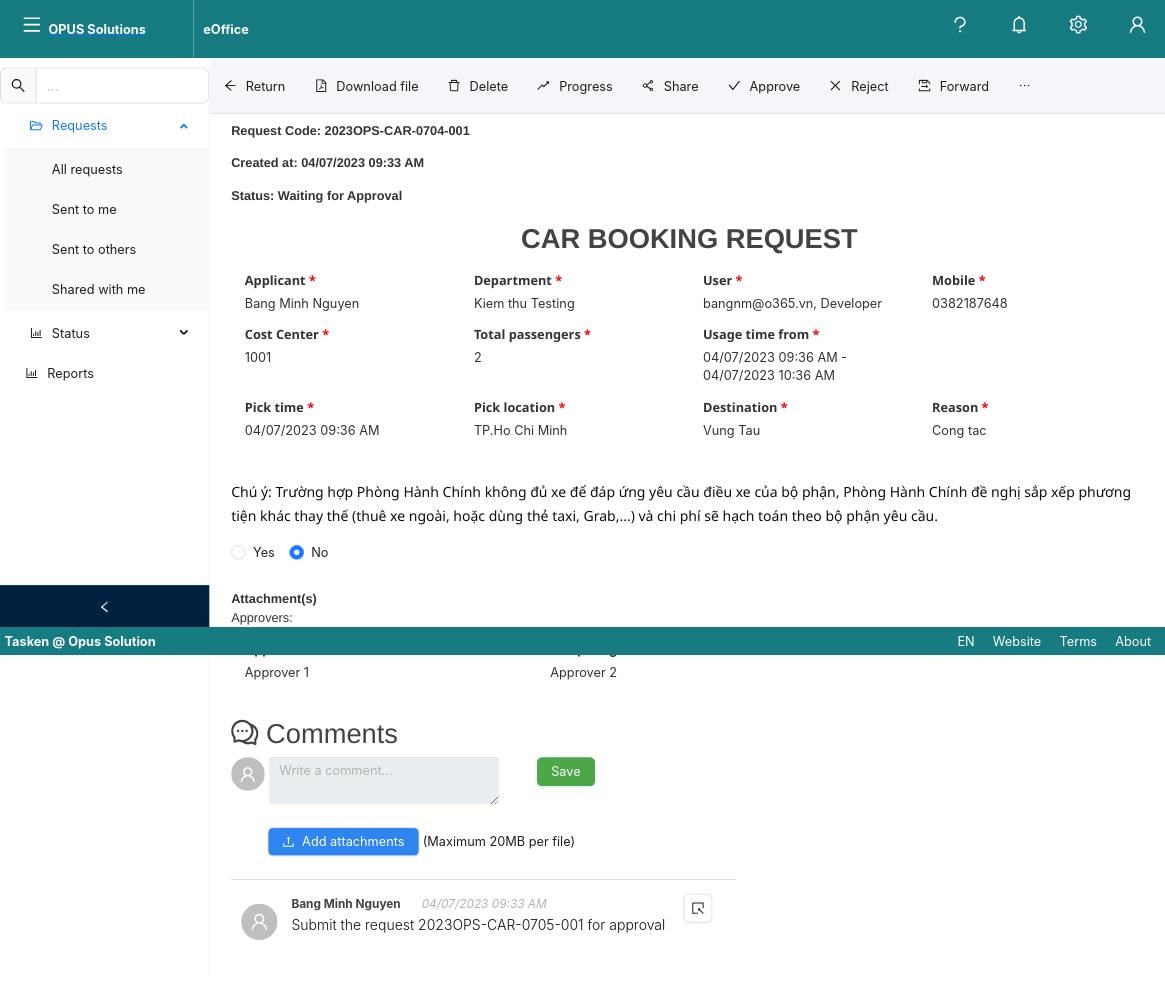
Repository: vannam272008/car-booking
Page: /request/detail
These files come from the project's save history. The page is drawn as it stood at one moment and after the next save; the edit follows.
The browser window is 1280 px wide. The pictures show the whole page, at 91% of full size.
The project was rebuilt for these pictures with package versions that can differ from the ones it lists, and the page was loaded fresh each time. Also part of the build but not shown: src/Pages/ManageRequest/index.css, src/Pages/ManageRequest/ManageRequest.tsx, src/Components/AddRequest/MenuAdd/index.tsx, src/Components/AddRequest/AddRequest/addRequest.css, src/Components/AddRequest/AddRequest/index.tsx. Imported but missing from the stored project, and not drawn on this page: src/Pages/Home.

Above is the page before, as saved 2023-07-09 21:22:10.

After the next save:
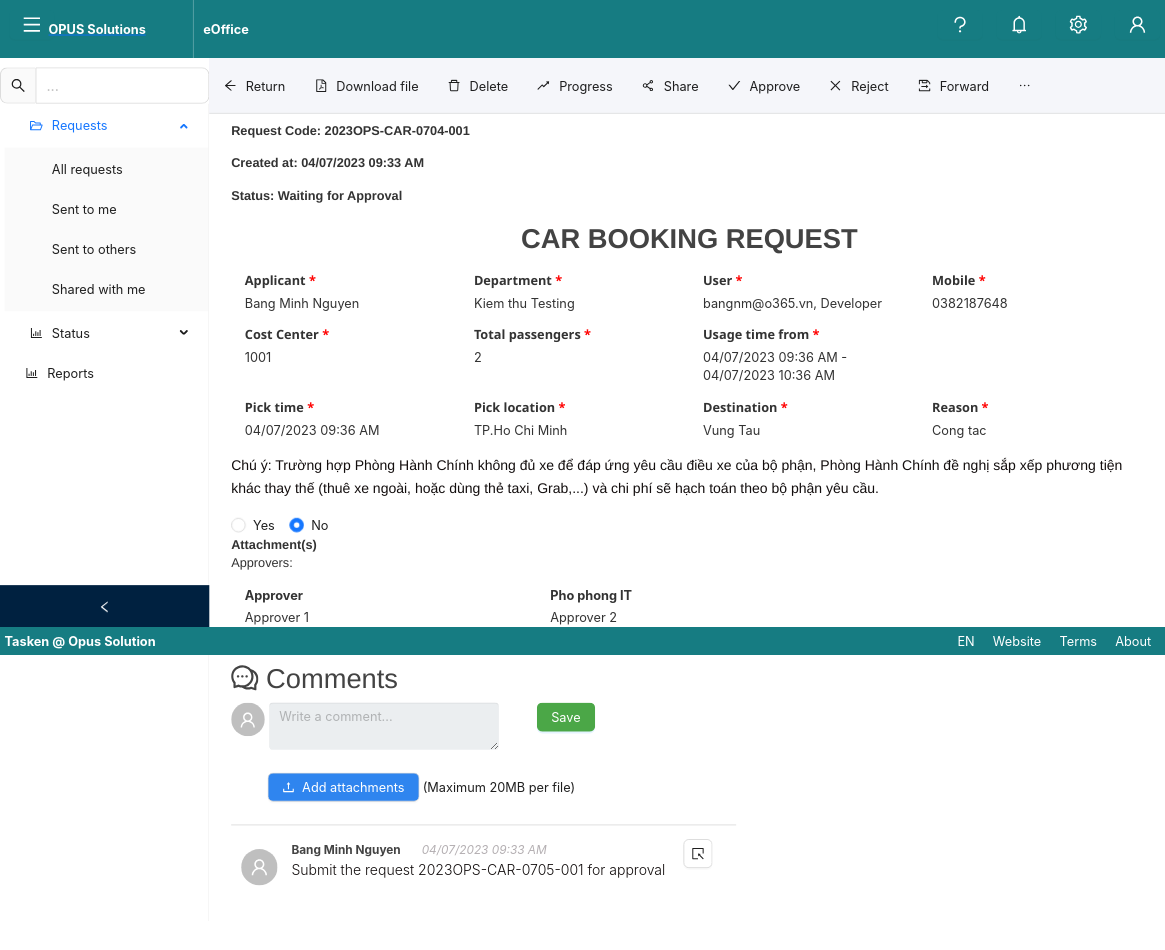
Saved 2 min 32 s later.
--- a/src/Components/DetailRequest/DetailRequest/detailRequest.css
+++ b/src/Components/DetailRequest/DetailRequest/detailRequest.css
@@ -60,7 +60,7 @@
     cursor: default;
     font-family: "Segoe UI";
   }
-  .attention-radio{
+  .attention-detail-request{
     margin-top: 30px;
     margin-bottom: 30px;
     font-family: "Segoe UI";
